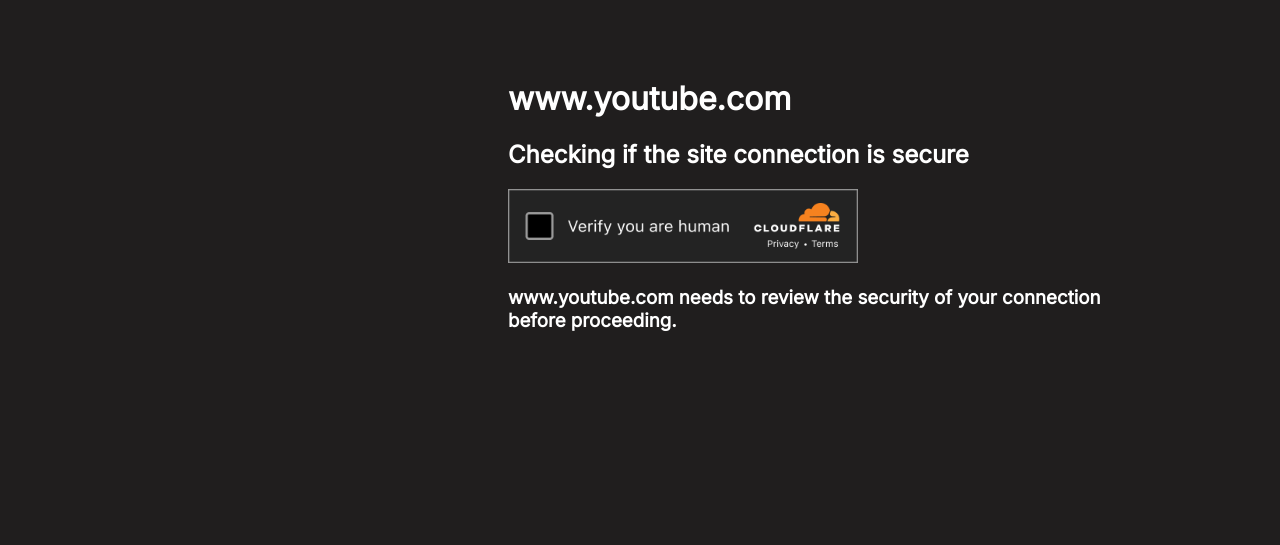
Repository: estech321/CAPTCHA-RickRoll
Page: index.html
An editor plug-in stored every save of this project. The page is shown before and after the next save, followed by the edit.
The browser window is 1280 px wide. The pictures show the whole page.

Above is the page before, as saved 2023-12-29 23:40:30.

After the next save:
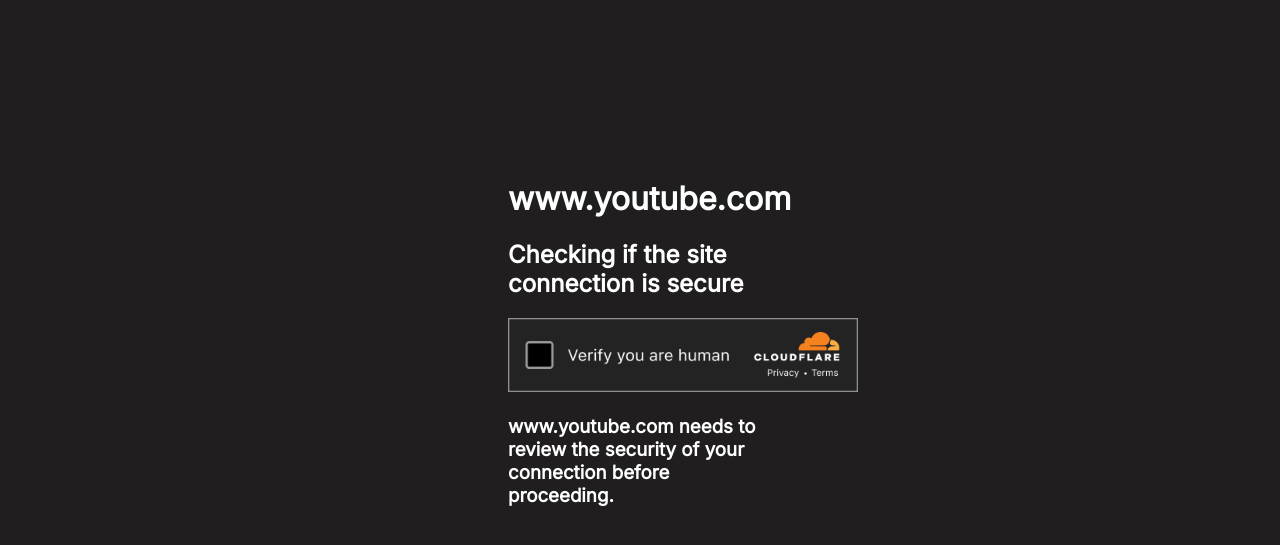
Saved 21 s later.
--- a/index.html
+++ b/index.html
@@ -11,8 +11,8 @@
             font-family: 'Inter', sans-serif;
             color: rgb(255, 255, 255);
             background-color: #201E1E;
-            padding-top: 50px;
-            padding-right: 120px;
+            padding-top: 150px;
+            padding-right: 500px;
             padding-bottom: 50px;
             padding-left: 500px;
         }
